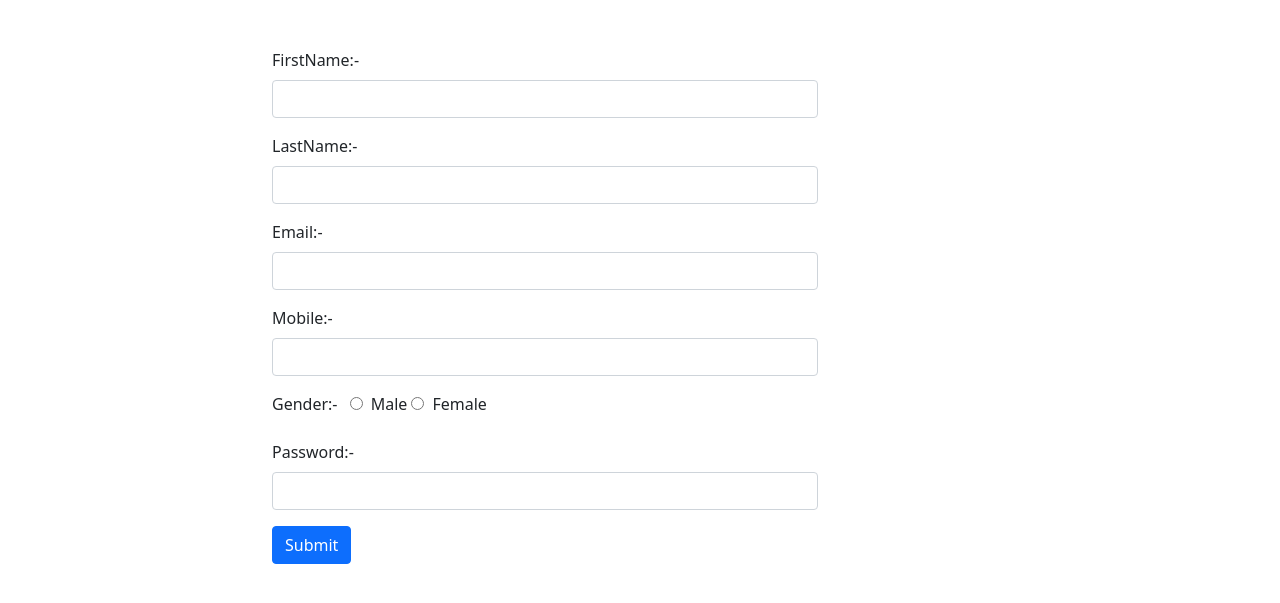
Repository: 2001Yogi/JavaWebAssignment
Page: http://localhost/FormSubmitUsingRegularExpression/
These files come from the project's save history. The page is drawn as it stood at one moment and after the next save; the edit follows.
The browser window is 1280 px wide. The pictures show the whole page.
The page is served by Tomcat 9. Other server files are loaded and not shown.

Above is the page before, as saved 2024-09-18 06:33:03.

### FormSubmitUsingRegularExpression/src/main/webapp/index.jsp
<%@ page language="java" contentType="text/html; charset=ISO-8859-1"
	pageEncoding="ISO-8859-1"%>
<!DOCTYPE html>
<html>
<head>
<meta charset="ISO-8859-1">
<link
	href="https://cdn.jsdelivr.net/npm/bootstrap@5.0.2/dist/css/bootstrap.min.css"
	rel="stylesheet"
	integrity="sha384-EVSTQN3/azprG1Anm3QDgpJLIm9Nao0Yz1ztcQTwFspd3yD65VohhpuuCOmLASjC"
	crossorigin="anonymous">
<script
	src="https://cdn.jsdelivr.net/npm/bootstrap@5.0.2/dist/js/bootstrap.bundle.min.js"
	integrity="sha384-MrcW6ZMFYlzcLA8Nl+NtUVF0sA7MsXsP1UyJoMp4YLEuNSfAP+JcXn/tWtIaxVXM"
	crossorigin="anonymous"></script>
<script
	src="https://cdn.jsdelivr.net/npm/@popperjs/core@2.9.2/dist/umd/popper.min.js"
	integrity="sha384-IQsoLXl5PILFhosVNubq5LC7Qb9DXgDA9i+tQ8Zj3iwWAwPtgFTxbJ8NT4GN1R8p"
	crossorigin="anonymous"></script>
<script
	src="https://cdn.jsdelivr.net/npm/bootstrap@5.0.2/dist/js/bootstrap.min.js"
	integrity="sha384-cVKIPhGWiC2Al4u+LWgxfKTRIcfu0JTxR+EQDz/bgldoEyl4H0zUF0QKbrJ0EcQF"
	crossorigin="anonymous"></script>
<title>Student Form</title>
</head>
<body>
	<form action="RegisterServlet" method="post">
		<div class="container" >
			<div class="row mt-5">
				<div class="col-2"></div>
				<div class="col-6">
					<div class="mb-3">
						<label class="form-label">FirstName:-</label>
							<input type="text" class="form-control" name="fname">
					</div>
					<div class="mb-3">
						<label  class="form-label">LastName:-</label>
							<input type="text" class="form-control" name="lname">
					</div>
					<div class="mb-3">
						<label  class="form-label">Email:-</label>
							<input type="email" class="form-control" name="email">
					</div>
					<div class="mb-3">
						<label class="form-label">Mobile:-</label>
							<input type="number" class="form-control" name="mobile">
					</div>
					<div class="mb-3">
						<label class="me-2">Gender:-</label>
							<input type="radio"  name="gender"><label class=" ms-2 form-label">Male</label>
							<input type="radio" name="gender"><label class=" ms-2 form-label">Female</label>
					</div>
					<div class="mb-3">
						<label class="form-label">Password:-</label>
							<input type="password" class="form-control" name="pass">
					</div>

					<button type="submit" class="btn btn-primary" name="action">Submit</button>
				</div>
			</div>
		</div>
	</form>
</body>
</html>

After the next save:
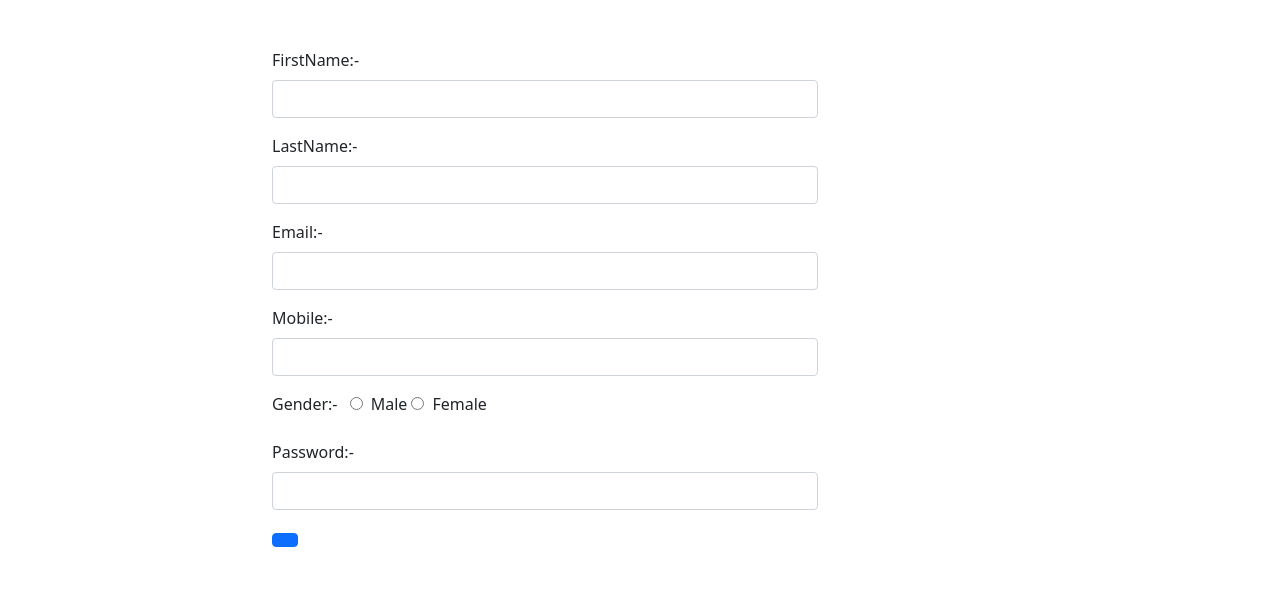
Saved 63 s later.
--- a/FormSubmitUsingRegularExpression/src/main/webapp/index.jsp
+++ b/FormSubmitUsingRegularExpression/src/main/webapp/index.jsp
@@ -55,7 +55,7 @@
 							<input type="password" class="form-control" name="pass">
 					</div>
 
-					<button type="submit" class="btn btn-primary" name="action">Submit</button>
+					<button type="submit" class="btn btn-primary" name="action" value="Register"></button>
 				</div>
 			</div>
 		</div>

After the save that followed:
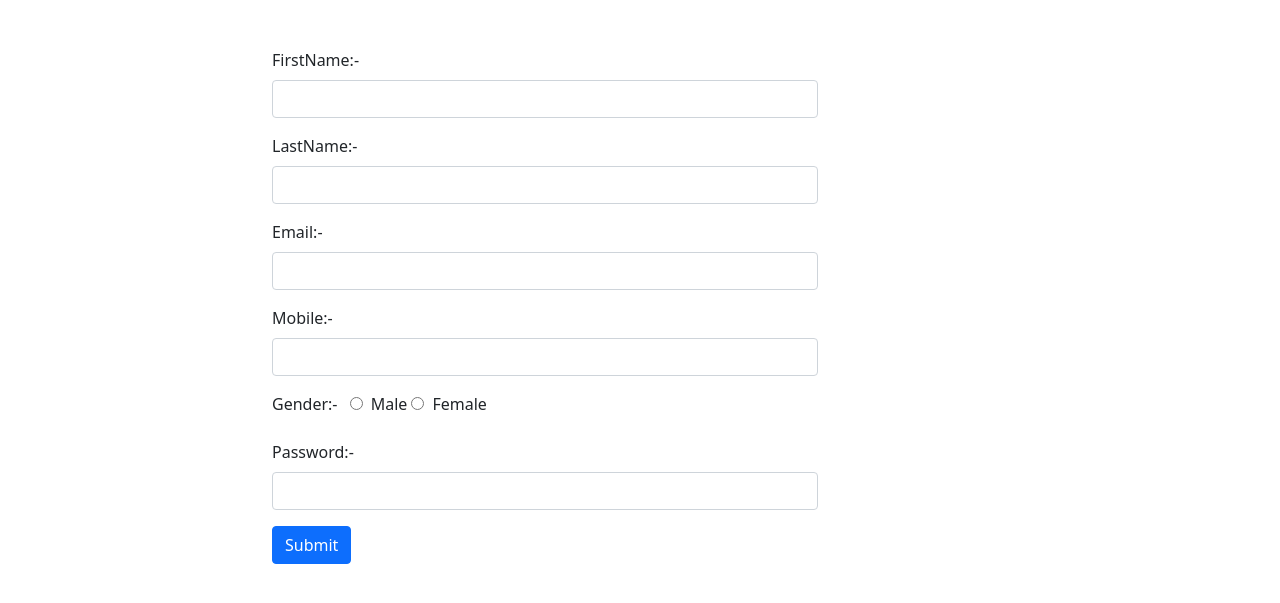
Saved 16 s later.
--- a/FormSubmitUsingRegularExpression/src/main/webapp/index.jsp
+++ b/FormSubmitUsingRegularExpression/src/main/webapp/index.jsp
@@ -55,7 +55,7 @@
 							<input type="password" class="form-control" name="pass">
 					</div>
 
-					<button type="submit" class="btn btn-primary" name="action" value="Register"></button>
+					<button type="submit" class="btn btn-primary" name="action" value="Register">Submit</button>
 				</div>
 			</div>
 		</div>
